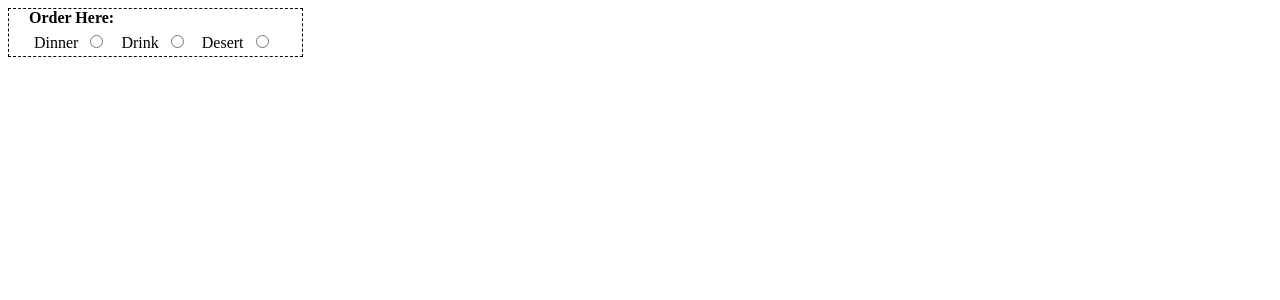
Repository: AyushMahatara/vue-simple-restaurant-order
Page: index.html
An editor plug-in stored every save of this project. The page is shown before and after the next save, followed by the edit.
The browser window is 1280 px wide. The pictures show the whole page.

Above is the page before, as saved 2024-01-11 10:09:50.

### index.html
<!DOCTYPE html>
<html lang="en">
  <head>
    <meta charset="UTF-8" />
    <meta name="viewport" content="width=device-width, initial-scale=1.0" />
    <title>Restaurant Order</title>
    <style>
      #app {
        border: dashed black 1px;
        display: inline-block;
        padding: 0 20px;
      }
      #app label,
      #app li {
        padding: 5px;
        border-radius: 5px;
      }
      #app input[type="radio"] {
        margin: 8px;
      }
      #app label:hover {
        cursor: pointer;
        background-color: lightgray;
      }
      ul {
        list-style-type: none;
      }
      li {
        margin: 2px;
        width: 17ch;
        height: 35px;
        line-height: 35px;
        text-align: center;
        background-color: rgb(211, 254, 211);
      }
      .impClass {
        background-color: rgb(255, 202, 202);
      }
      #ulFound li {
        text-decoration: line-through;
        background-color: rgb(230, 230, 230);
      }
      form img {
        width: 50px;
      }
      li img {
        float: right;
        height: 100%;
      }
      h4 {
        margin: 0;
      }
    </style>
  </head>
  <body>
    <div id="app">
      <h4>Order Here:</h4>
      <form action="">
        <label for=""
          >Dinner
          <input type="radio" name="" id="" />
        </label>
        <label for=""
          >Drink
          <input type="radio" name="" id="" />
        </label>
        <label for=""
          >Desert
          <input type="radio" name="" id="" />
        </label>
      </form>
    </div>
  </body>

  <script src="https://unpkg.com/vue@3/dist/vue.global.js"></script>

  <script>
    const app = Vue.createApp({
      data() {
        return {
          itemType: "",
          itemName: "",
          itemUrl: "",
          itemNumber: null,
          preDefItems: [
            { name: "Burrito", type: "Dinner", imgUrl: "img_burrito.svg" },
            { name: "Pizza", type: "Dinner", imgUrl: "img_pizza.svg" },
            { name: "Pho Soup", type: "Dinner", imgUrl: "img_soup.svg" },
            { name: "Spaghetti", type: "Dinner", imgUrl: "img_spaghetti.svg" },
            { name: "Fish", type: "Dinner", imgUrl: "img_fish.svg" },
            { name: "Cake", type: "Dessert", imgUrl: "img_cake.svg" },
            { name: "Rice", type: "Dinner", imgUrl: "img_rice.svg" },
            { name: "Salad", type: "Dinner", imgUrl: "img_salad.svg" },
            { name: "Coke", type: "Drink", imgUrl: "img_soda.svg" },
            { name: "Green Soda", type: "Drink", imgUrl: "img_greenSoda.svg" },
            { name: "Doughnut", type: "Dessert", imgUrl: "img_doughnut.svg" },
            { name: "Ice Cream", type: "Dessert", imgUrl: "img_iceCream.svg" },
            { name: "Lemonade", type: "Drink", imgUrl: "img_lemonade.svg" },
            { name: "Pancakes", type: "Dessert", imgUrl: "img_pancakes.svg" },
            { name: "Water", type: "Drink", imgUrl: "img_water.svg" },
          ],
          order: [],
        };
      },
    });
    app.mount("#app");
  </script>
</html>

After the next save:
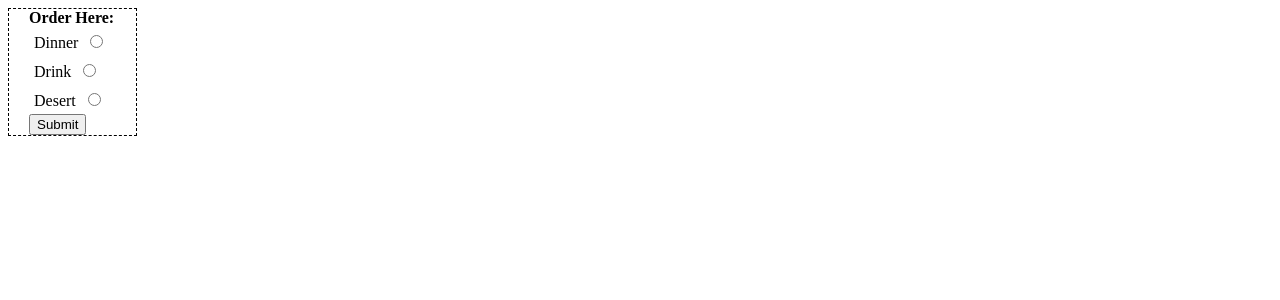
Saved 112 s later.
--- a/index.html
+++ b/index.html
@@ -55,19 +55,23 @@
   <body>
     <div id="app">
       <h4>Order Here:</h4>
-      <form action="">
+      <form v-on:submit.prevent="addItem">
         <label for=""
           >Dinner
           <input type="radio" name="" id="" />
         </label>
+        <br />
         <label for=""
           >Drink
           <input type="radio" name="" id="" />
         </label>
+        <br />
         <label for=""
           >Desert
           <input type="radio" name="" id="" />
         </label>
+        <br />
+        <button>Submit</button>
       </form>
     </div>
   </body>
@@ -102,6 +106,9 @@
           order: [],
         };
       },
+      methods: {
+        addItem() {},
+      },
     });
     app.mount("#app");
   </script>
